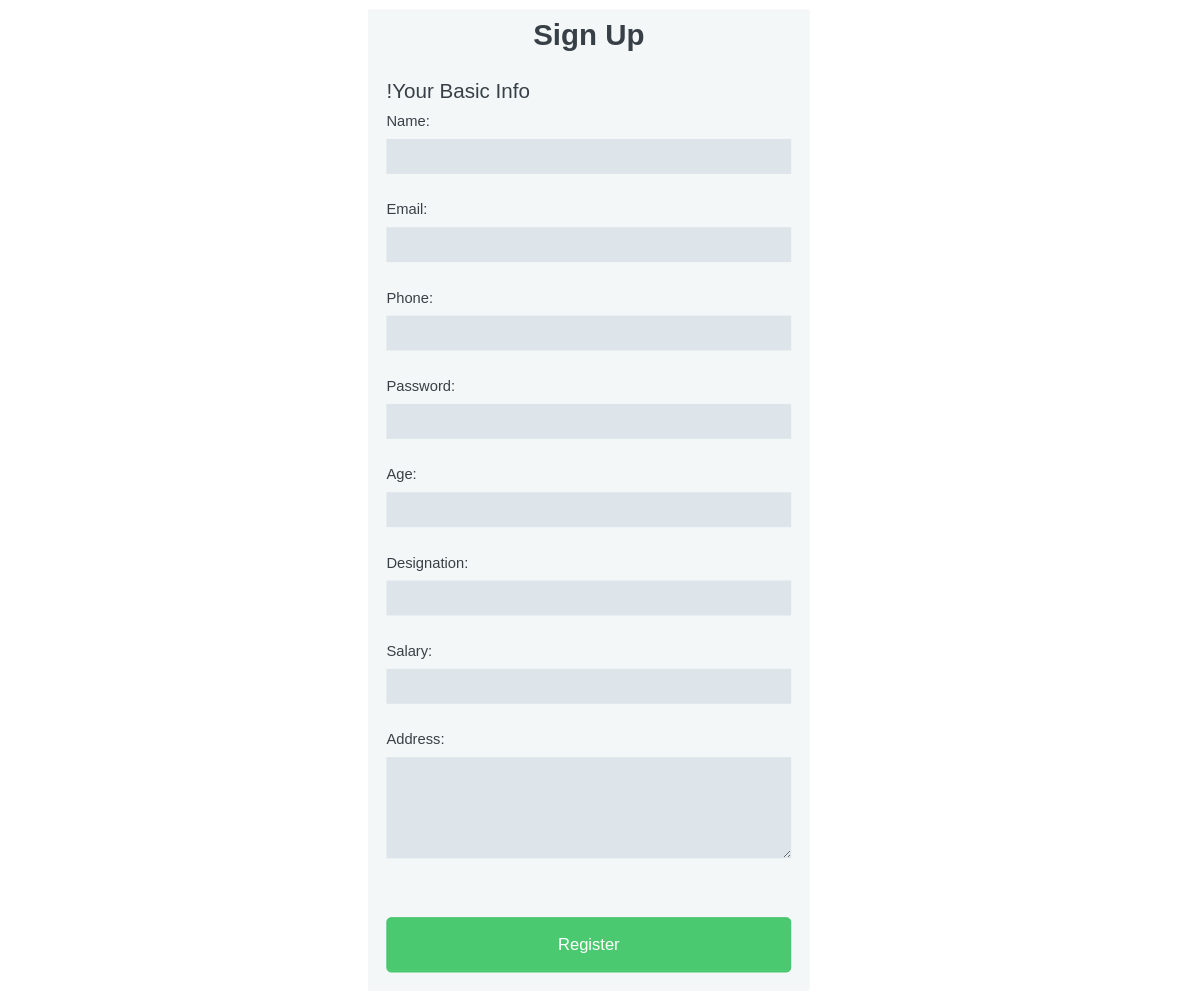
Repository: muzamil-mia/Advance_java_jspiders
Page: employee_servlet_project/src/main/webapp/register.html
An editor plug-in stored every save of this project. The page is shown before and after the next save, followed by the edit.
The browser window is 1280 px wide. The pictures show the whole page, at 92% of full size.
The pointer rests on the first visible `button`.

Above is the page before, as saved 2024-02-19 17:15:23.

After the next save:
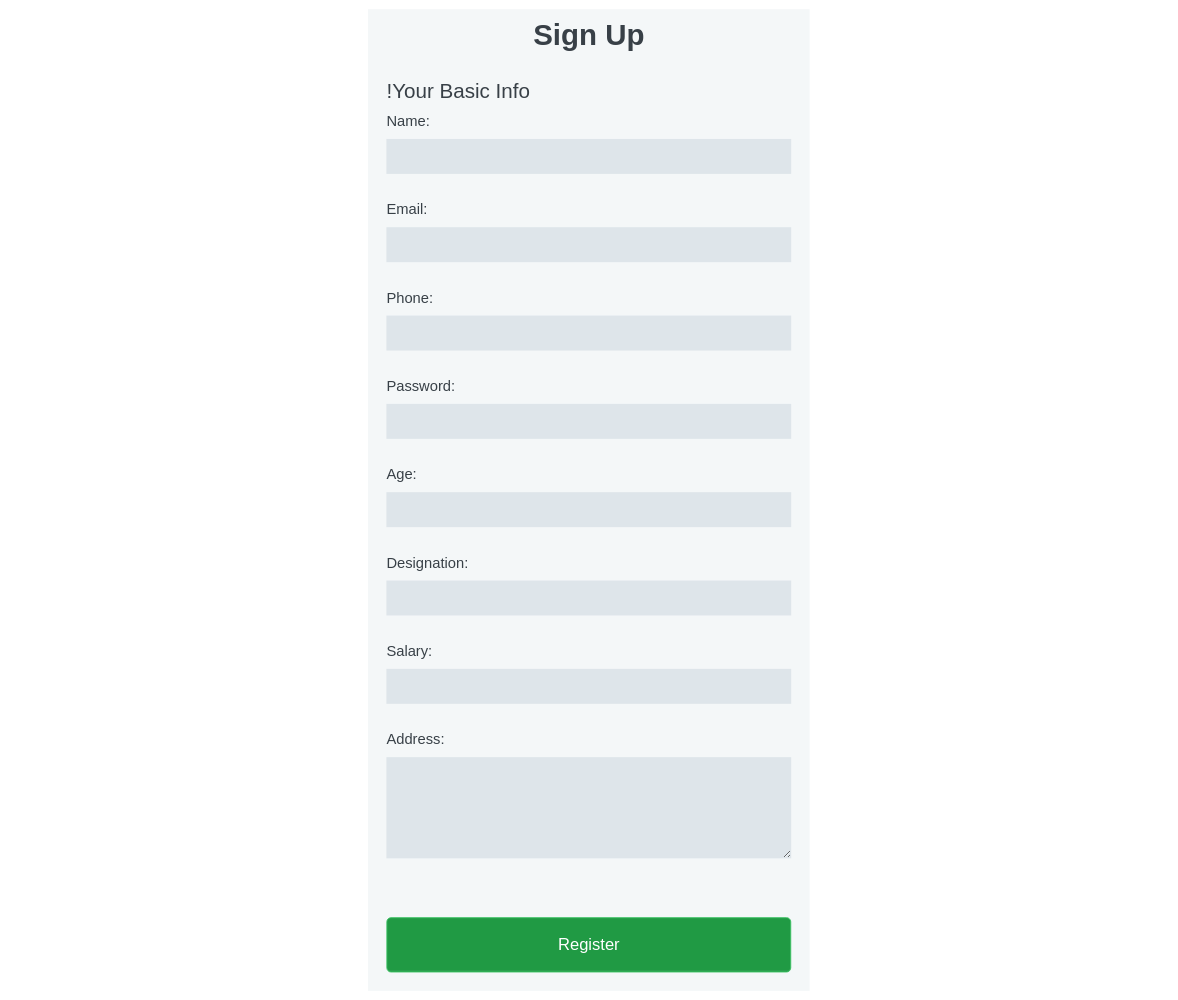
Saved 12 s later.
--- a/employee_servlet_project/src/main/webapp/register.html
+++ b/employee_servlet_project/src/main/webapp/register.html
@@ -70,7 +70,7 @@
       margin-bottom: 10px;
      }
      button:hover{
-     background-color: #4bc970;
+     background-color: #209a44;
      }
 
      @media screen  and (min-width: 480px) {
